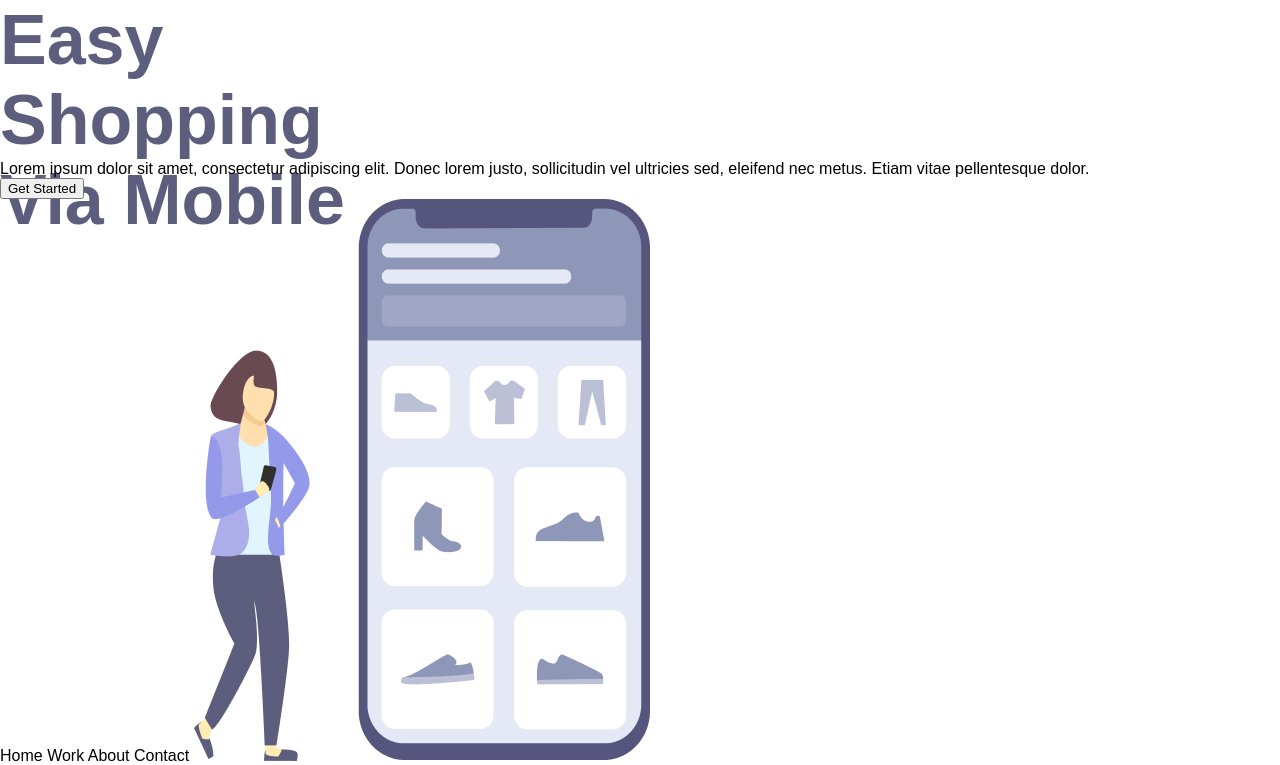
Repository: Leo-Marques-882/Projeto-Git-2
Page: index.html
The author's editor kept a copy of each file at every save. The page is drawn from the files as they stood at one save, then again after the next save.
The browser window is 1280 px wide. The pictures show the whole page.

Above is the page before, as saved 2023-03-06 22:13:52.

### index.html
<!DOCTYPE html>
<html lang="pt_br">

<head>
    <meta charset="UTF-8">
    <meta http-equiv="X-UA-Compatible" content="IE=edge">
    <meta name="viewport" content="width=device-width, initial-scale=1.0">
    <link rel="stylesheet" href="styless.css">
    <link rel="preconnect" href="https://fonts.googleapis.com">
    <link rel="preconnect" href="https://fonts.gstatic.com" crossorigin>
    <title>Projeto 1</title>
</head>

<body>
    <section>
        <h1>Easy Shopping Via Mobile</h1>
        <p>Lorem ipsum dolor sit amet, consectetur adipiscing
            elit. Donec lorem justo, sollicitudin vel ultricies sed,
            eleifend nec metus. Etiam vitae pellentesque dolor. </p>
        <button>Get Started</button>
    </section>
    <section>
        <a>Home</a>
        <a>Work</a>
        <a>About</a>
        <a>Contact</a>
        <img src="./img/Illustration.png" alt="girl-phone">
    </section>
</body>

</html>

### styless.css
* {
    box-sizing: border-box;
    font-family: 'Oswald', sans-serif;
    margin: 0px;
}

h1 {
    width: 368px;
    height: 160px;
    font-size: 70px;
    color: #5D5D7D;
}

After the next save:
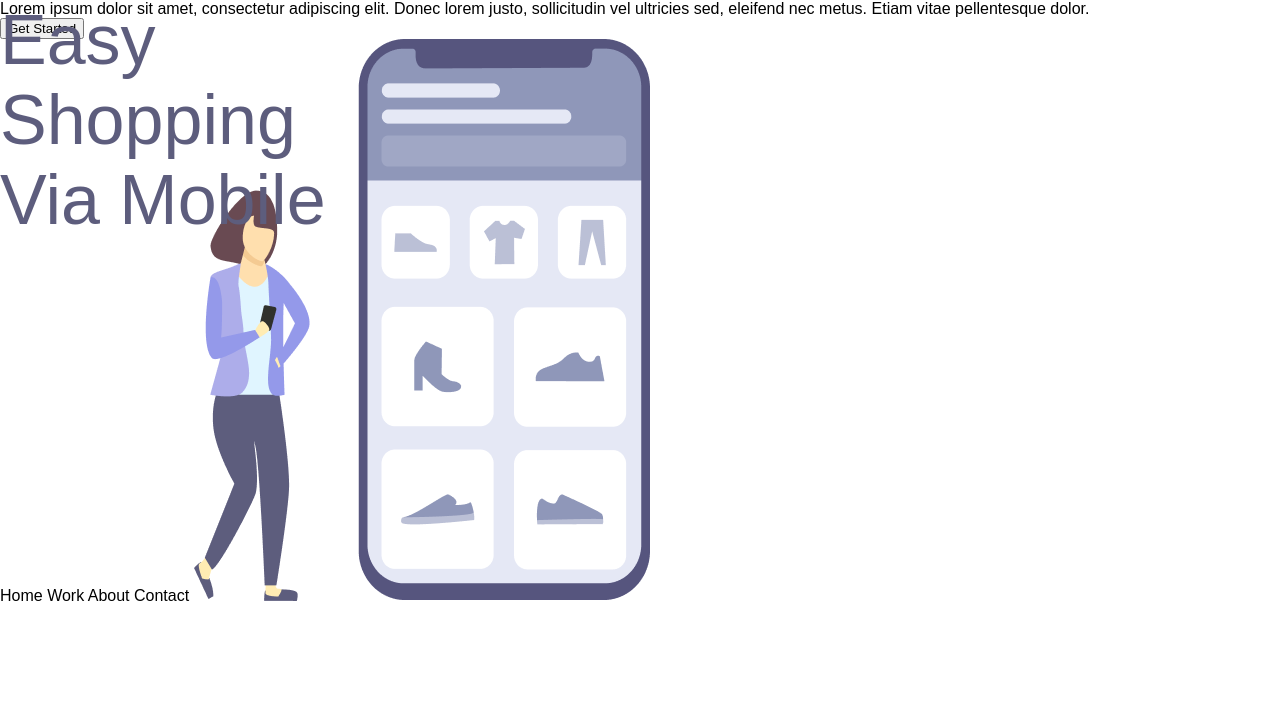
Saved 74 s later.
--- a/styless.css
+++ b/styless.css
@@ -9,4 +9,6 @@
     height: 160px;
     font-size: 70px;
     color: #5D5D7D;
+    position: absolute;
+    font-weight: 400;
 }
